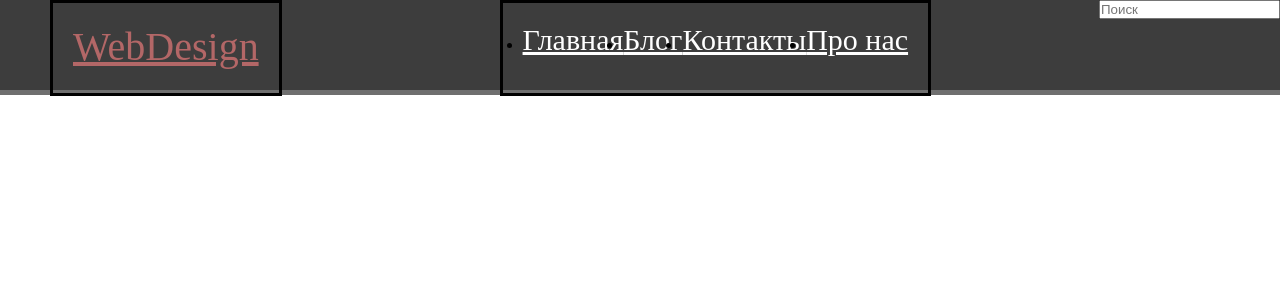
Repository: andbaik/Itprog
Page: index.htm
These files come from the project's save history. The page is drawn as it stood at one moment and after the next save; the edit follows.
The browser window is 1280 px wide. The pictures show the whole page.

Above is the page before, as saved 2021-01-19 16:10:14.

After the next save:
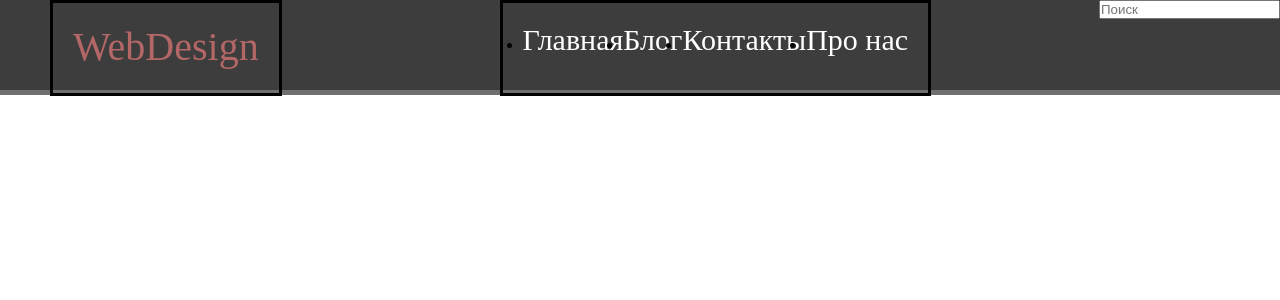
Saved 7 s later.
--- a/css/style.css
+++ b/css/style.css
@@ -12,7 +12,7 @@
     border-bottom: 5px solid #6F6F6F;
 
 }
-.a {
+a {
     list-style-type: none;
     text-decoration: none;
 }
